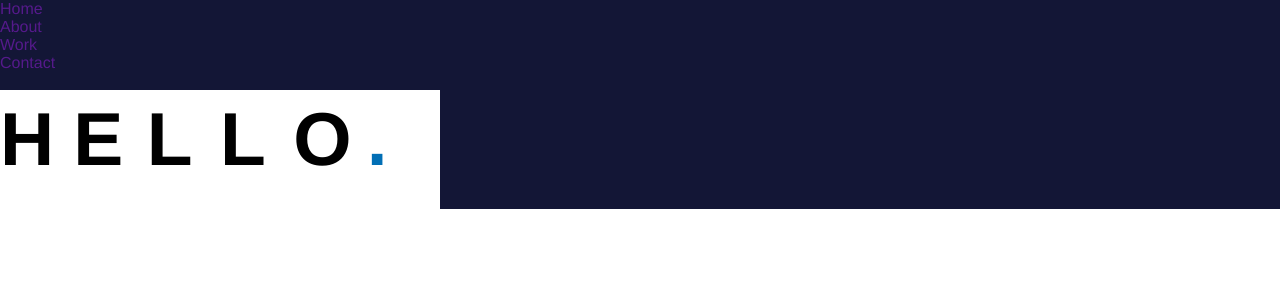
Repository: keloriane/animation-live
Page: /
An editor plug-in stored every save of this project. The page is shown before and after the next save, followed by the edit.
The browser window is 1280 px wide. The pictures show the whole page.
The project was rebuilt for these pictures with package versions that can differ from the ones it lists, and the page was loaded fresh each time.

Above is the page before, as saved 2020-02-18 10:41:57.

### src/index.css
body {
  margin: 0;
  font-family: 'Helvetica Neue', 'Segoe UI', 'Roboto', 'Oxygen',
    'Ubuntu', 'Cantarell', 'Fira Sans', 'Droid Sans',
    sans-serif;
  -webkit-font-smoothing: antialiased;
  -moz-osx-font-smoothing: grayscale;
}

code {
  font-family: source-code-pro, Menlo, Monaco, Consolas, 'Courier New',
    monospace;
}
*{
  padding: 0;
  margin: 0;
  text-decoration: none;
  box-sizing: border-box;
}

### src/App.js
import React from 'react';
import logo from './logo.svg';
import Home from './views/Home';
import './App.css';

function App() {
  return (
    <div className="App">
     <Home />
    </div>
  );
}

export default App;

### src/views/Home.js
import React,{useEffect, useState} from 'react';
import Nav from './../components/Nav/Nav';
import "./assets/Home.scss";
import gsap,{expo} from 'gsap';

const Home = () => {



    useEffect(()=> {
        const squares = document.querySelectorAll('.square')
        const letter = document.querySelectorAll('.letter-title')
        const titleWrapper = document.querySelector('.title')
        const tl = gsap.timeline()
        tl
        .from(titleWrapper, .6, {x:"-100%",delay:0.5, ease:"expo.inOut"})
        .staggerFrom(letter, .1,{y:100,  ease:"inOut(2.9)" },0.05)
        // .to(titleWrapper, .6, {x:"-100%",delay:0.5, ease:"expo.inOut"})



    },[])

    return (
        <div id="main-home">
            <Nav/>
            <div className="container">

            <div className="board-animation">
                <div className="wrapper">
                <div className="title">
                    <div className="square">
                        <div className="typo">
                            <h3 className="letter-title">H</h3>
                        </div>
                    </div>
                    <div className="square">
                        <div className="typo">
                            <h3 className="letter-title">E</h3>
                        </div>
                    </div>
                    <div className="square">
                        <div className="typo">
                            <h3 className="letter-title">L</h3>
                        </div>
                    </div>
                    <div className="square">
                        <div className="typo">
                            <h3 className="letter-title">L</h3>
                        </div>
                    </div>
                    <div className="square">
                        <div className="typo">
                            <h3 className="letter-title">O</h3>
                        </div>
                    </div>
                    <div className="square">
                        <div className="typo">
                            <h3 className="dot letter-title">.</h3>
                        </div>
                    </div>
                </div>
                    </div>

            </div>
            </div>



        </div>
    )
}

export default Home

### src/App.css
.App{
  background-color: #131636;
  color: white;
}

### src/components/Nav/Nav.js
import React from 'react'

const Nav = () => {
    return (
        <nav>
            <ul>
                <li> <a href="">Home</a> </li>
                <li> <a href="">About</a> </li>
                <li> <a href="">Work</a> </li>
                <li> <a href="">Contact</a> </li>
                <li> <a href=""> </a> </li>
            </ul>
        </nav>
    )
}

export default Nav

### src/views/assets/Home.scss
.title{
    display: flex;
    background-color: #fff;
    width: 440px;

    .square{
        width: 97px;
        height: 119px;


        .typo{

            h3{
                font-style: normal;
                font-weight: bold;
                font-size: 75px;
                line-height: 99px;
                text-align: center;

                mix-blend-mode: difference;
                &.dot{
                    color: #FD904A;
                }
            }
        }

    }
}
.container{
    width: 1280px;
    margin: 0 auto;
}
.wrapper{
    overflow: hidden;
}
.main-home{
    width: 100vw;
    height:100%;
}

.title-background{
    position: absolute;
    background-color: #fff;
    height: 106px;
    width: 510px;
}

.letter-title{
    position: absolute;
}

Loaded but not shown: public/index.html (common file); src/index.js (common file); src/serviceWorker.js (common file)

After the next save:
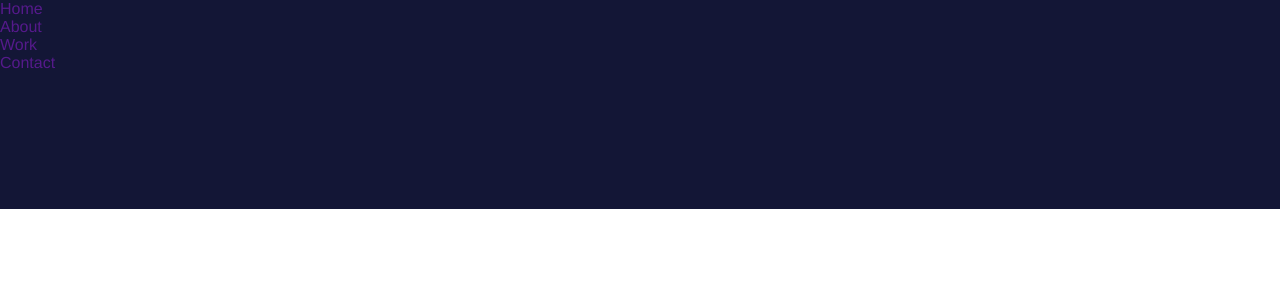
Saved 76 s later.
--- a/src/views/Home.js
+++ b/src/views/Home.js
@@ -15,7 +15,7 @@ const Home = () => {
         tl
         .from(titleWrapper, .6, {x:"-100%",delay:0.5, ease:"expo.inOut"})
         .staggerFrom(letter, .1,{y:100,  ease:"inOut(2.9)" },0.05)
-        // .to(titleWrapper, .6, {x:"-100%",delay:0.5, ease:"expo.inOut"})
+        .to(titleWrapper, .6, {x:"-100%",delay:0.5, ease:"expo.inOut"})
 
 
 
